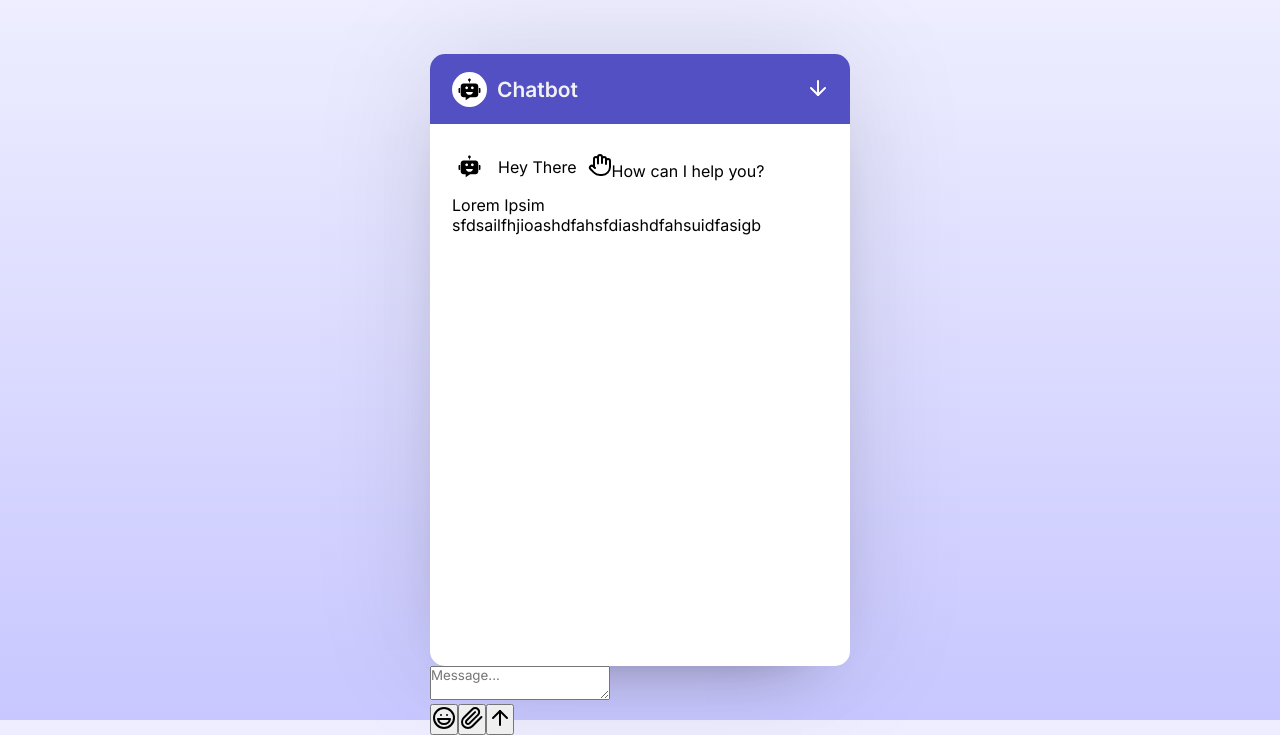
Repository: guilhermecardoso93/ai-bot
Page: /
The author's editor kept a copy of each file at every save. The page is drawn from the files as they stood at one save, then again after the next save.
The browser window is 1280 px wide. The pictures show the whole page.
The project was rebuilt for these pictures with package versions that can differ from the ones it lists, and the page was loaded fresh each time. Also part of the build but not shown: vite.config.js.

Above is the page before, as saved 2024-11-11 20:50:29.

### index.html
<!doctype html>
<html lang="en">

<head>
    <meta charset="UTF-8" />
    <link rel="icon" type="image/svg+xml" href="/vite.svg" />
    <link rel="preconnect" href="https://fonts.googleapis.com">
    <link rel="preconnect" href="https://fonts.gstatic.com" crossorigin>
    <link href="https://fonts.googleapis.com/css2?family=Inter:ital,opsz,wght@0,14..32,100..900;1,14..32,100..900&family=Outfit:wght@100..900&display=swap" rel="stylesheet">
    <meta name="viewport" content="width=device-width, initial-scale=1.0" />
    <title>Ai ChatBot</title>
</head>

<body>
    <div id="root"></div>
    <script type="module" src="/src/main.jsx"></script>
</body>

</html>

### src/index.css
:root {
  font-synthesis: none;
  text-rendering: optimizeLegibility;
  -webkit-font-smoothing: antialiased;
  -moz-osx-font-smoothing: grayscale;
}

* {
  padding: 0;
  margin: 0;
  box-sizing: border-box;
  font-family: "Inter", serif;
  font-optical-sizing: auto;
  font-style: normal;
}

body {
  display: flex;
  align-items: center;
  justify-content: center;
  min-height: 100vh;
  background: linear-gradient(#eeeeff, #c8c7ff);
}

.chatbot-popup {
  width: 420px;
  background: #ffff;
  overflow: hidden;
  border-radius: 15px;
  box-shadow: 0 0 128px rgba(0, 0, 0, 0.1), 0 32px 64px -48px rgba(0, 0, 0, 0.5);
}

.chat-header {
  display: flex;
  align-items: center;
  background-color: #5350c4;
  padding: 15px 22px;
  justify-content: space-between;
}

.chat-header .header-info {
  display: flex;
  align-items: center;
  gap: 10px;
}

.header-info .logo {
  width: 35px;
  width: 35px;
  background: #fff;
  border-radius: 50%;
  flex-shrink: 0;
  padding: 4px;
}

.header-info .logo-text {
  color: #f2f2f2;
  font-weight: 600;
  font-size: 1.31rem;
}

.chat-header #close-chatbot {
  border: none;
  color: #fff;
  height: 40px;
  width: 40px;
  border-radius: 50%;
  font-size: 1.9rem;
  cursor: pointer;
  margin-right: -10px;
  background: none;
  transition: 0.2s ease;
}

.chat-header #close-chatbot:hover {
  background-color: #3d39ac;
}

.chat-body {
  padding: 25px 22px;
  display: flex;
  gap: 20px;
  height: 460px;
  margin-bottom: 82px;
  flex-direction: column;
  overflow-y: auto;
}


.chat-body .message {
  display: flex;
  flex-direction: column;
  gap: 11px;
  align-items: start;
}

.chat-body .message-text-box {
  display: flex;
  gap: 11px;
  align-items: center;
  flex-direction: row;
  justify-content:space-between;

}

.chat-body .bot-avatar {
  width: 35px;
  width: 35px;
  background: #fff;
  border-radius: 50%;
  flex-shrink: 0;
  padding: 4px;
}

.chat-footer {
  position: absolute;
}

### src/App.jsx
import { Main } from "./components/Main";

export function App() {
  return (
    <>
      <Main />
    </>
  );
}

### src/components/Main.jsx
import { Hand, ArrowDown, Laugh, Paperclip, ArrowUp } from "lucide-react";
import Logo from "../assets/logo.svg";

export function Main() {
  return (
    <div className="chatbot-popup">
      {/* Header */}
      <div className="chat-header">
        <div className="header-info">
          <img src={Logo} alt="" className="logo" />
          <h2 className="logo-text">Chatbot</h2>
        </div>
        <button className="material-symbols-rounded" id="close-chatbot">
          <ArrowDown />
        </button>
      </div>

      {/* Body */}
      <div className="chat-body">
        <div className="message bot-message">
          <div className="message-text-box">
            <img src={Logo} alt="" className="bot-avatar" />
            <p className="message-text">
              Hey There
              </p><p>
              <Hand />
              How can I help you?
            </p>
          </div>
          <div className="message-user">
            <p className="message-text">
              Lorem Ipsim sfdsailfhjioashdfahsfdiashdfahsuidfasigb
            </p>
          </div>
        </div>
      </div>

      {/* Footer */}
      <div className="chat-footer">
        <form action="" className="chat-form">
          <textarea
            placeholder="Message..."
            className="message-input"
          ></textarea>
          <div className="chat-controls">
            <button type="button" className="material-symbols-rounded">
              <Laugh />
            </button>
            <button type="button" className="material-symbols-rounded">
              <Paperclip />
            </button>
            <button type="button" className="material-symbols-rounded">
              <ArrowUp />
            </button>
          </div>
        </form>
      </div>
    </div>
  );
}

Loaded but not shown: src/main.jsx (common file)

After the next save:
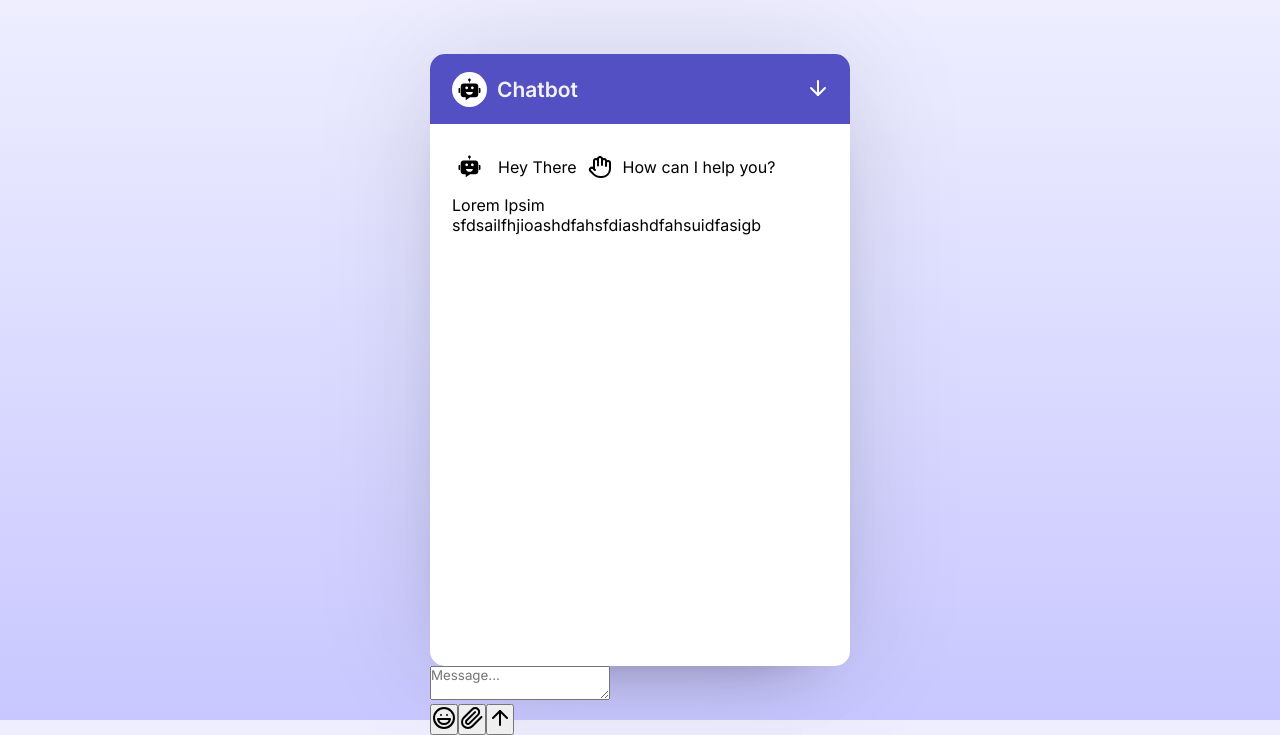
Saved 7 s later.
--- a/src/components/Main.jsx
+++ b/src/components/Main.jsx
@@ -20,10 +20,10 @@ export function Main() {
         <div className="message bot-message">
           <div className="message-text-box">
             <img src={Logo} alt="" className="bot-avatar" />
-            <p className="message-text">
-              Hey There
-              </p><p>
-              <Hand />
+            <p className="message-text">Hey There</p>
+            <Hand />
+            <p>
+
               How can I help you?
             </p>
           </div>
